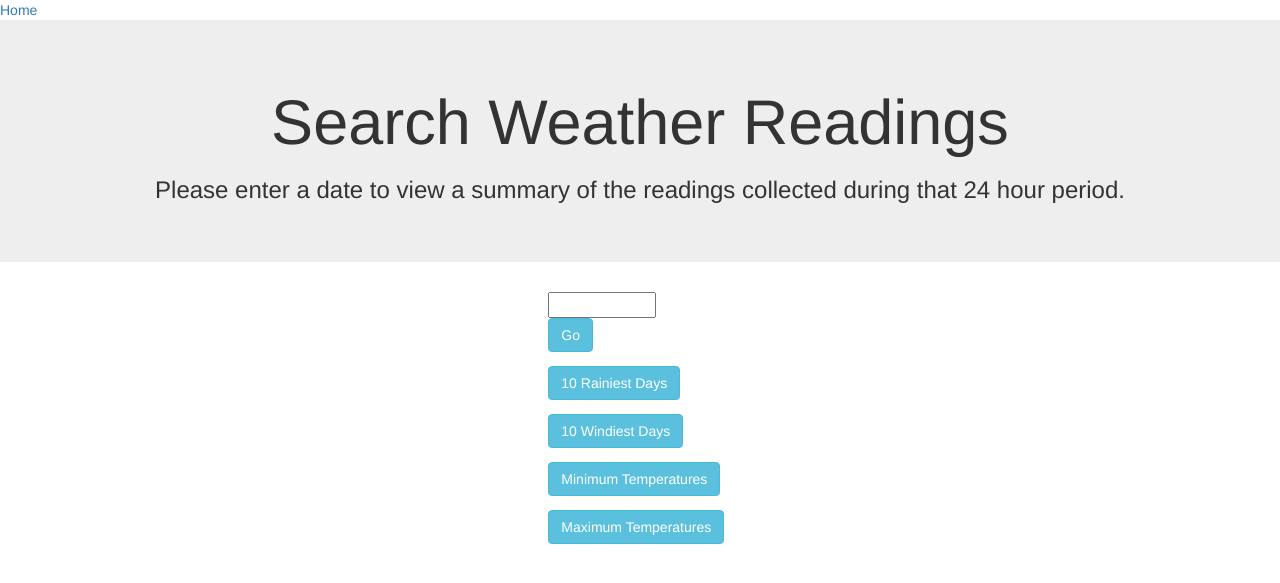
Repository: kralin27/ILC
Page: http://localhost/TESCWeather/WEB-INF/jsp/Search.jsp
These files come from the project's save history. The page is drawn as it stood at one moment and after the next save; the edit follows.
The browser window is 1280 px wide. The pictures show the whole page.
The page is served by Tomcat 9. Nobody is signed in. The template is opened directly, without the code that normally fills it, so the values that code supplies are empty.

Above is the page before, as saved 2016-12-13 02:50:04.

After the next save:
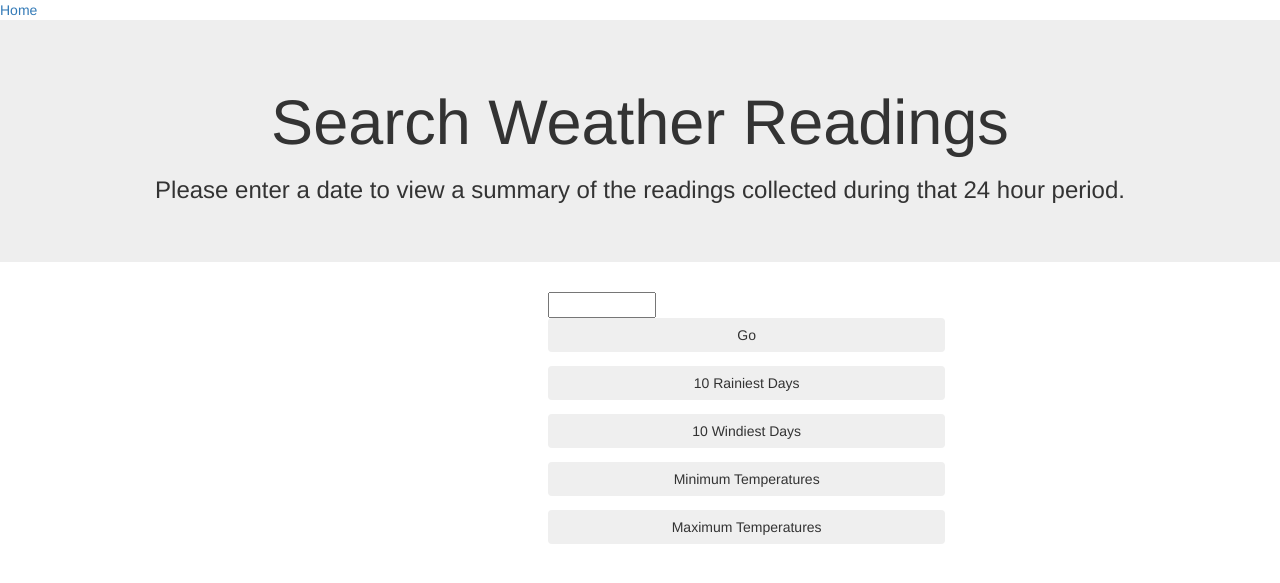
Saved 91 s later.
--- a/TESCWeather/src/main/webapp/WEB-INF/jsp/Search.jsp
+++ b/TESCWeather/src/main/webapp/WEB-INF/jsp/Search.jsp
@@ -25,23 +25,23 @@
 	<form method="GET" action=" <spring:url value="/WeatherReadings/Date" />">
 		<input type="text" name="date" size="10" >
 		<p>
-		<button type="submit" class="btn btn-large btn-info" padding="70px"> Go</button>
+		<button type="submit" class="btn btn-large btn-block"> Go</button>
 	</form>
 
 	<form method="GET" action=" <spring:url value="/WeatherReadings/Measure/Rain" />">
-		<input type="submit" class="btn btn-large btn-info" value="10 Rainiest Days">
+		<input type="submit" class="btn btn-large btn-block" value="10 Rainiest Days">
 	</form>
 
 	<form method="GET" action=" <spring:url value="/WeatherReadings/Measure/Wind" />">
-		<input type="submit" class="btn btn-large btn-info" value="10 Windiest Days">
+		<input type="submit" class="btn btn-large btn-block" value="10 Windiest Days">
 	</form>
 
 	<form method="GET" action=" <spring:url value="/WeatherReadings/Measure/TempMin" />">
-		<input type="submit" class="btn btn-large btn-info"value="Minimum Temperatures">
+		<input type="submit" class="btn btn-large btn-block"value="Minimum Temperatures">
 	</form>
 
 	<form method="GET" action=" <spring:url value="/WeatherReadings/Measure/TempMax" />">
-		<input type="submit" class="btn btn-large btn-info" value="Maximum Temperatures">
+		<input type="submit" class="btn btn-large btn-block" value="Maximum Temperatures">
 	</form>
 
 </div>
